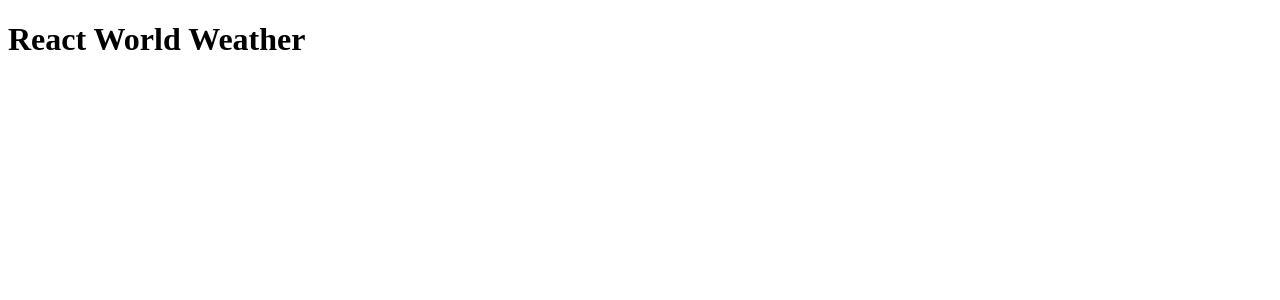
Repository: RyougaSeko/react-weather-app
Page: /
An editor plug-in stored every save of this project. The page is shown before and after a run of saves, followed by the edit.
The browser window is 1280 px wide. The pictures show the whole page.
The project was rebuilt for these pictures with package versions that can differ from the ones it lists, and the page was loaded fresh each time. Also part of the build but not shown: src/App.css.

Above is the page before, as saved 2022-10-08 15:40:54.

### src/App.js
// App.js
import Title from "./components/Title"
import Form from "./components/Form"
import './App.css';

function App() {
  return (
    <div className="test">
      <Title />
    </div>
  );
}

export default App;

### src/components/Title.js
//Title.js

const Title = () => {
    return (
        <h1>React World Weather</h1>   //追加

    );
};

export default Title;

### src/components/Form.js
//Form.js

const Form = () => {
    return (

        <form>
            <input type="text" name="city" placeholder="都市名"/>
            <button type="submit">Get Weather</button>
        </form>

    );
};

export default Form;

Loaded but not shown: public/index.html (common file); src/index.js (common file)

After the next 2 saves:
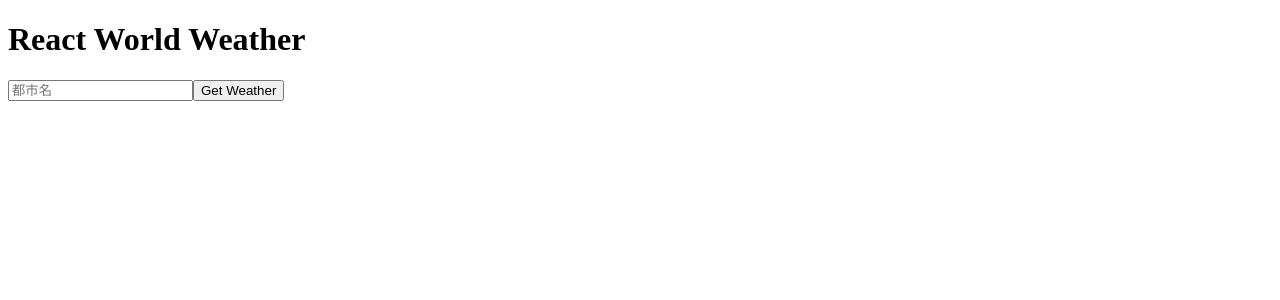
The 2 saves are shown as one change because they came seconds apart.
The last was saved 50 s later.
--- a/src/App.js
+++ b/src/App.js
@@ -7,6 +7,7 @@ function App() {
   return (
     <div className="test">
       <Title />
+      <Form />
     </div>
   );
 }
